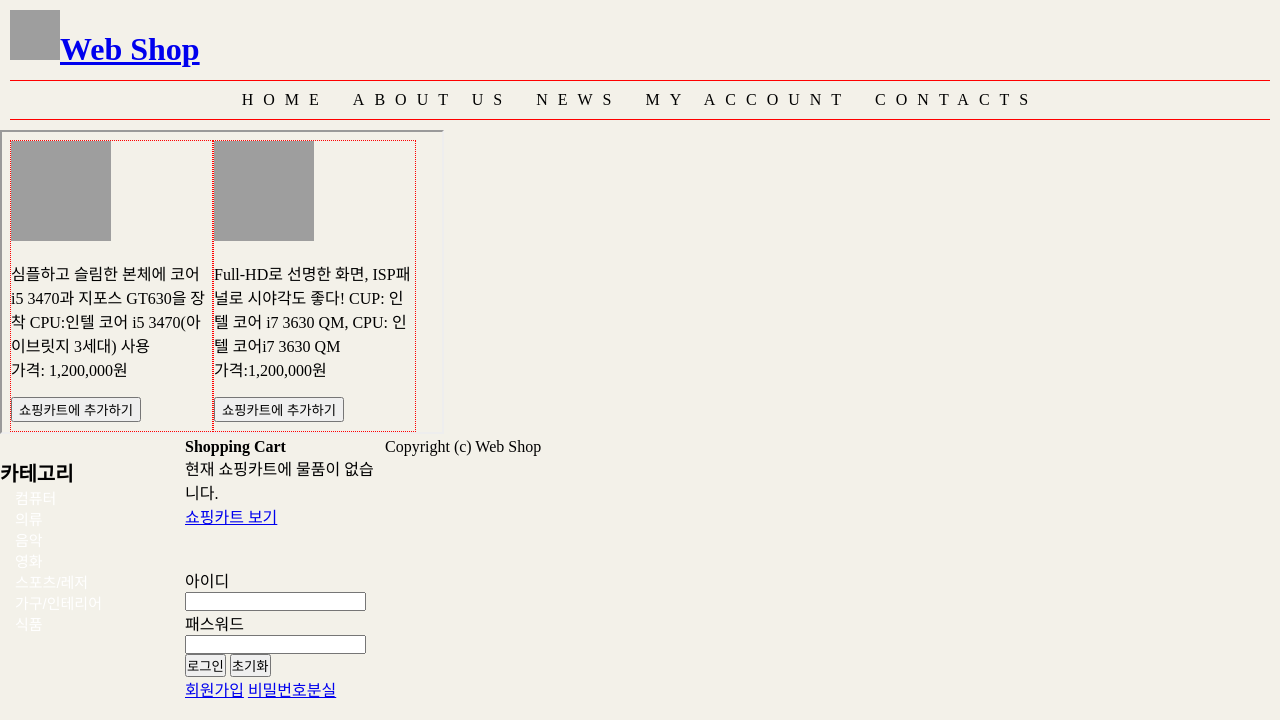
Repository: daehyeonhong/HTML
Page: ch07/WebContent/home.html
The author's editor kept a copy of each file at every save. The page is drawn from the files as they stood at one save, then again after the next save.
The browser window is 1280 px wide. The pictures show the whole page.
Pictures or frames that could not be fetched are drawn as grey boxes.

Above is the page before, as saved 2020-05-21 06:34:59.

After the next save:
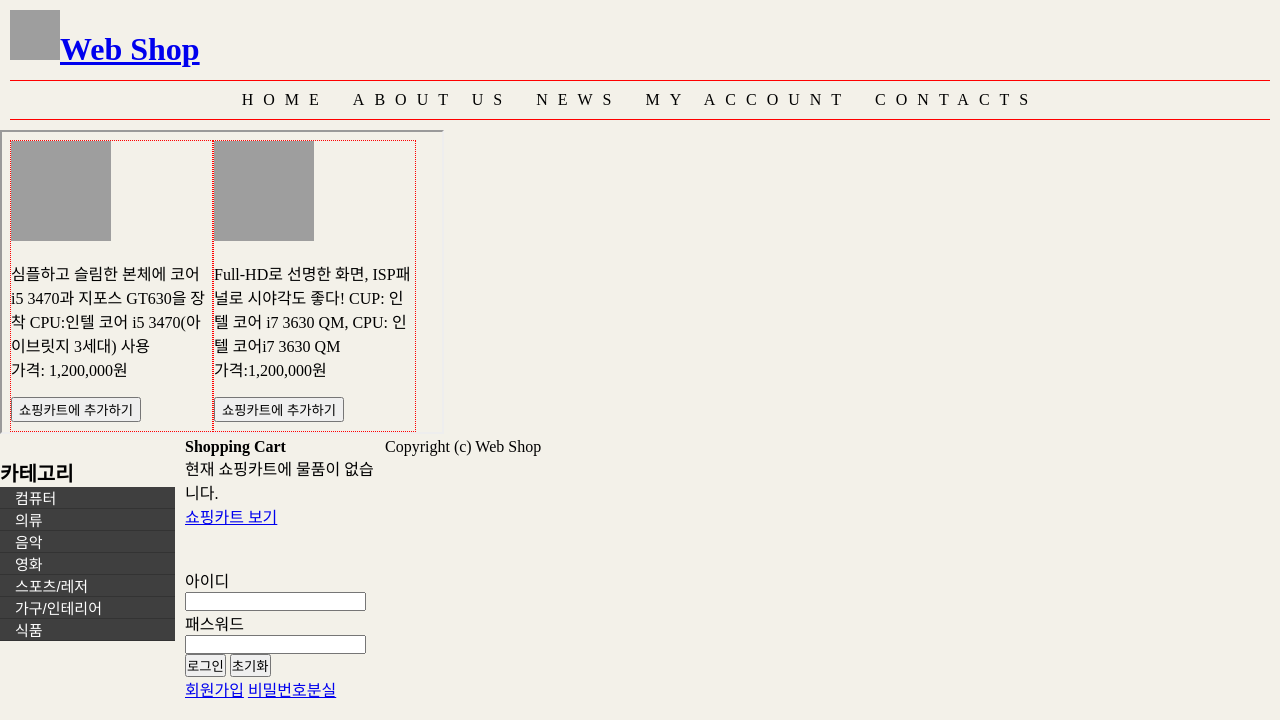
Saved 3 min 36 s later.
--- a/ch07/WebContent/css/mystyle.css
+++ b/ch07/WebContent/css/mystyle.css
@@ -61,7 +61,7 @@ aside#left {
 	text-indent: 15px;
 }
 
-#left ul il {
+#left ul li {
 	background: #3f3f3f;
 	list-style: 28px;
 	border-bottom: 1px solid #333;
